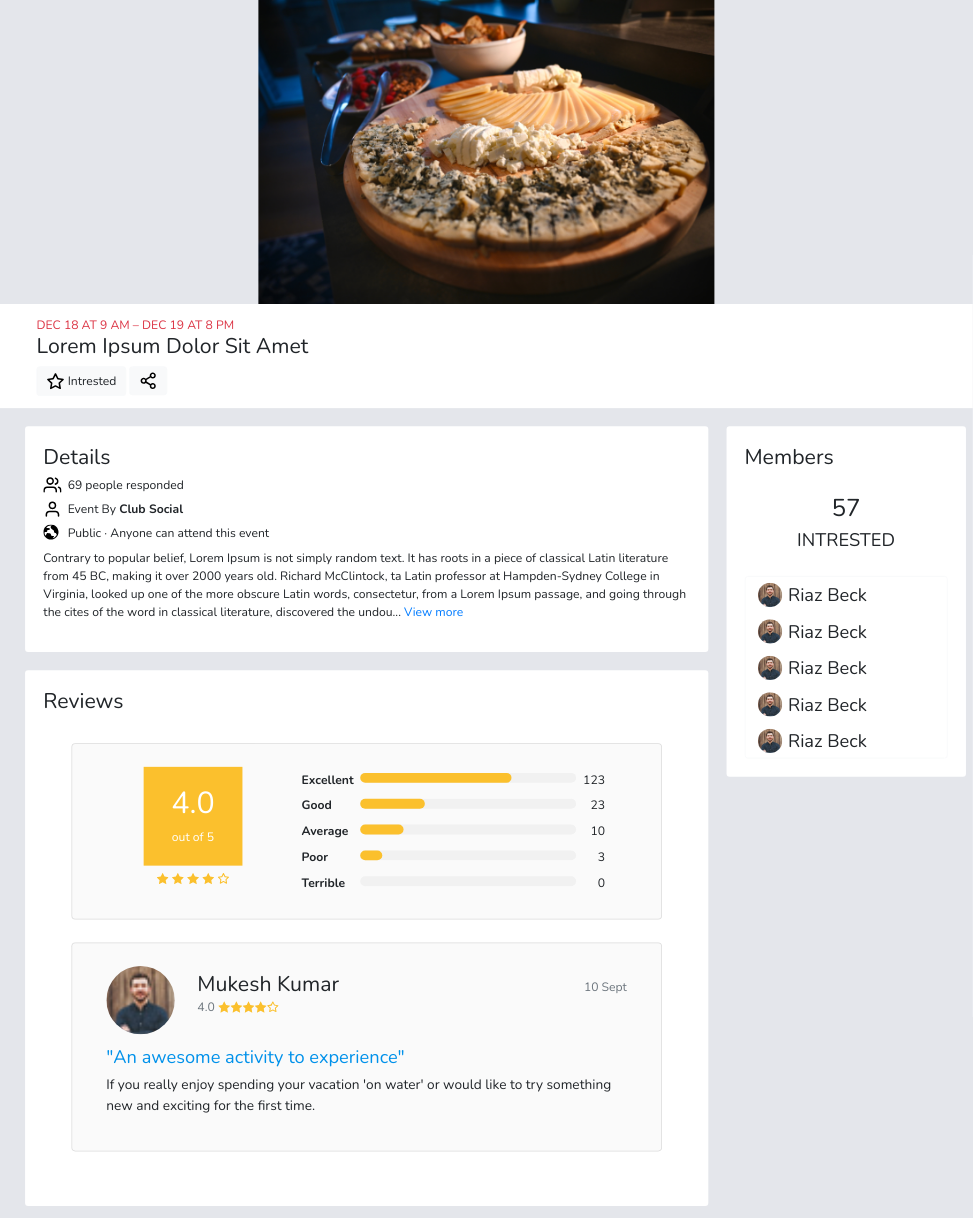
Repository: iamrachid/ensaevents
Page: club.html
An editor plug-in stored every save of this project. The page is shown before and after the next save, followed by the edit.
The browser window is 1280 px wide. The pictures show the whole page, at 76% of full size.

Above is the page before, as saved 2021-11-25 19:18:45.

### club.html
<html>

<head>
    <meta charset="UTF-8">
    <meta http-equiv="X-UA-Compatible" content="IE=edge">
    <meta name="viewport" content="width=device-width, initial-scale=1.0">
    <title>Document</title>
    <link rel="stylesheet" href="css/bootstrap.css">
    <link rel="stylesheet" href="css/style.css">
    <!-- Link Swiper's CSS -->
    <link rel="stylesheet" href="https://unpkg.com/swiper/swiper-bundle.min.css" />

    <link rel="preconnect" href="https://fonts.googleapis.com">
    <link rel="preconnect" href="https://fonts.gstatic.com" crossorigin>
    <link
        href="https://fonts.googleapis.com/css2?family=Nunito:ital,wght@0,200;0,300;0,400;0,600;0,700;0,800;0,900;1,200;1,300;1,400;1,600;1,700;1,800;1,900&display=swap"
        rel="stylesheet">
</head>

<body class="w-100">
    <div class="text-center bg-main d-flex justify-content-center">
        <img src="assets/img/card-1.jpg" class="cover-img">
    </div>
    <div class="py-3 px-md-5 px-3">
        <div class="row">
            <div class="col-md-10 col-md-12">
                <span class="text-uppercase text-danger">DEC 18 AT 9 AM – DEC 19 AT 8 PM</span>
                <h3>Lorem Ipsum Dolor Sit Amet</h3>
            </div>
            <div class="col-md-2 col-sm-12">
                <button class="btn btn-light ">
                    <svg class="btn-icon">
                        <use xlink:href="assets/img/icons.svg#icon-star"></use>
                    </svg>
                    Intrested</button>
                <button class="btn btn-light">
                    <svg class="btn-icon">
                        <use xlink:href="assets/img/icons.svg#icon-share-2"></use>
                    </svg>
                </button>
            </div>
        </div>
    </div>

    <div class="px-md-4 p-0 pb-3 bg-main">
        <div class="row">
            <div class="col-md-8 col-lg-9 col-12 px-4 px-md-3 px-lg-4">
                <div class="bg-white mt-4 p-4 rounded">
                    <h3>Details</h3>
                    <div class="d-flex">
                        <svg class="detail-icon mr-2 mb-2">
                            <use xlink:href="assets/img/icons.svg#icon-users"></use>
                        </svg>
                        <span>69 people responded</span>
                    </div>
                    <div class="d-flex">
                        <svg class="detail-icon mr-2  mb-2">
                            <use xlink:href="assets/img/icons.svg#icon-user"></use>
                        </svg>
                        <span>Event By <strong>Club Social</strong></span>
                    </div>
                    <div class="d-flex">
                        <svg class="detail-icon mr-2 mb-2">
                            <use xlink:href="assets/img/icons.svg#icon-public"></use>
                        </svg>
                        <span>Public · Anyone can attend this event</span>
                    </div>
                    <p>
                        <span>
                            Contrary to popular belief, Lorem Ipsum is not simply random text. It has roots in a piece
                            of
                            classical
                            Latin literature from 45 BC, making it over 2000 years old. Richard McClintock, ta Latin
                            professor
                            at
                            Hampden-Sydney College in Virginia, looked up one of the more obscure Latin words,
                            consectetur,
                            from
                            a
                            Lorem Ipsum passage, and going through the cites of the word in classical literature,
                            discovered
                            the
                            undou</span><span class="collapse  multi-collapse show fast" id="dots">...</span>
                        <span class="collapse  multi-collapse fast" id="more-text">btable source. Lorem Ipsum comes from
                            sections
                            1.10.32 and 1.10.33 of "de Finibus Bonorum et
                            Malorum" (The Extremes of Good and Evil) by Cicero, written in 45 BC. This book is a
                            treatise on
                            the
                            theory of ethics, very popular during the Renaissance. The first line of Lorem Ipsum, "Lorem
                            ipsum
                            dolor
                            sit amet..", comes from a line in section 1.10.32.
                        </span>

                        <a class="collapse  multi-collapse fast" type="button" id="less" data-toggle="collapse"
                            data-target=".multi-collapse" aria-expanded="false"
                            aria-controls="dots more less more-text">View less</a>
                        <a class="collapse show  multi-collapse fast" type="button" id="more" data-toggle="collapse"
                            data-target=".multi-collapse" aria-expanded="false"
                            aria-controls="dots more less more-text">View more</a>
                    </p>
                </div>
                <div class="bg-white mt-4 p-4 rounded">
                    <h3>Reviews</h3>


                    <div class="row justify-content-center">
                        <div class=" col-12 col-md-11 text-center mb-5">
                            <div class="card review-card">
                                <div class="row justify-content-start d-flex">
                                    <div class="col-md-4 d-flex flex-column">
                                        <div class="rating-box">
                                            <h1 class="pt-4">4.0</h1>
                                            <p class="">out of 5</p>
                                        </div>
                                        <div class="mt-1">
                                            <svg class="rating-icon">
                                                <use xlink:href="assets/img/icons.svg#icon-star-full"></use>
                                            </svg>
                                            <svg class="rating-icon">
                                                <use xlink:href="assets/img/icons.svg#icon-star-full"></use>
                                            </svg>
                                            <svg class="rating-icon">
                                                <use xlink:href="assets/img/icons.svg#icon-star-full"></use>
                                            </svg>
                                            <svg class="rating-icon">
                                                <use xlink:href="assets/img/icons.svg#icon-star-full"></use>
                                            </svg>
                                            <svg class="rating-icon">
                                                <use xlink:href="assets/img/icons.svg#icon-star"></use>
                                            </svg>
                                        </div>
                                    </div>
                                    <div class="col-md-8">
                                        <div class="rating-bar0 justify-content-center">
                                            <table class="text-left mx-auto">
                                                <tr>
                                                    <td class="rating-label">Excellent</td>
                                                    <td class="rating-bar">
                                                        <div class="bar-container">
                                                            <div class="bar-5"></div>
                                                        </div>
                                                    </td>
                                                    <td class="text-right">123</td>
                                                </tr>
                                                <tr>
                                                    <td class="rating-label">Good</td>
                                                    <td class="rating-bar">
                                                        <div class="bar-container">
                                                            <div class="bar-4"></div>
                                                        </div>
                                                    </td>
                                                    <td class="text-right">23</td>
                                                </tr>
                                                <tr>
                                                    <td class="rating-label">Average</td>
                                                    <td class="rating-bar">
                                                        <div class="bar-container">
                                                            <div class="bar-3"></div>
                                                        </div>
                                                    </td>
                                                    <td class="text-right">10</td>
                                                </tr>
                                                <tr>
                                                    <td class="rating-label">Poor</td>
                                                    <td class="rating-bar">
                                                        <div class="bar-container">
                                                            <div class="bar-2"></div>
                                                        </div>
                                                    </td>
                                                    <td class="text-right">3</td>
                                                </tr>
                                                <tr>
                                                    <td class="rating-label">Terrible</td>
                                                    <td class="rating-bar">
                                                        <div class="bar-container">
                                                            <div class="bar-1"></div>
                                                        </div>
                                                    </td>
                                                    <td class="text-right">0</td>
                                                </tr>
                                            </table>
                                        </div>
                                    </div>
                                </div>
                            </div>
                            <div class="card review-card">
                                <div class="row d-flex">
                                    <div class=""> <img class="profile-pic" src="assets/img/user.png"> </div>
                                    <div class="d-flex flex-column">
                                        <h3 class="mt-2 mb-0">Mukesh Kumar</h3>
                                        <div>
                                            <p class="text-left d-flex align-items-center"><span
                                                    class="text-muted mr-1">4.0</span>
                                                <svg class="rating-icon">
                                                    <use xlink:href="assets/img/icons.svg#icon-star-full"></use>
                                                </svg>
                                                <svg class="rating-icon">
                                                    <use xlink:href="assets/img/icons.svg#icon-star-full"></use>
                                                </svg>
                                                <svg class="rating-icon">
                                                    <use xlink:href="assets/img/icons.svg#icon-star-full"></use>
                                                </svg>
                                                <svg class="rating-icon">
                                                    <use xlink:href="assets/img/icons.svg#icon-star-full"></use>
                                                </svg>
                                                <svg class="rating-icon">
                                                    <use xlink:href="assets/img/icons.svg#icon-star"></use>
                                                </svg>
                                            </p>
                                        </div>
                                    </div>
                                    <div class="ml-auto">
                                        <p class="text-muted pt-5 pt-sm-3">10 Sept</p>
                                    </div>
                                </div>
                                <div class="row text-left">
                                    <h4 class="blue-text mt-3">"An awesome activity to experience"</h4>
                                    <p class="content">If you really enjoy spending your vacation 'on water' or would
                                        like
                                        to try something new and exciting for the first time.</p>
                                </div>
                            </div>
                        </div>
                    </div>



                </div>
            </div>
            <div class=" px-4 px-md-0 py-4 col-md-4 col-lg-3  col-sm-12 ">
                <div class="bg-white  p-4 rounded">
                    <h3>Members</h3>
                    <div class="d-flex  justify-content-center py-4">
                        <div class="d-flex flex-column align-items-center">
                            <h2 cla>57</h2>
                            <h4 class="text-uppercase">Intrested</h4>
                        </div>

                    </div>
                    <div class="overflow-auto border-light border rounded users px-2">
                        <div class="user d-flex align-items-center">
                            <img class="user-img m-2" src="assets/img/user.png" />
                            <span class="user-name">Riaz Beck</span>
                        </div>
                        <div class="user d-flex align-items-center">
                            <img class="user-img m-2" src="assets/img/user.png" />
                            <span class="user-name">Riaz Beck</span>
                        </div>
                        <div class="user d-flex align-items-center">
                            <img class="user-img m-2" src="assets/img/user.png" />
                            <span class="user-name">Riaz Beck</span>
                        </div>
                        <div class="user d-flex align-items-center">
                            <img class="user-img m-2" src="assets/img/user.png" />
                            <span class="user-name">Riaz Beck</span>
                        </div>
                        <div class="user d-flex align-items-center">
                            <img class="user-img m-2" src="assets/img/user.png" />
                            <span class="user-name">Riaz Beck</span>
                        </div>
                        <div class="user d-flex align-items-center">
                            <img class="user-img m-2" src="assets/img/user.png" />
                            <span class="user-name">Riaz Beck</span>
                        </div>
                        <div class="user d-flex align-items-center">
                            <img class="user-img m-2" src="assets/img/user.png" />
                            <span class="user-name">Riaz Beck</span>
                        </div>
                        <div class="user d-flex align-items-center">
                            <img class="user-img m-2" src="assets/img/user.png" />
                            <span class="user-name">Riaz Beck</span>
                        </div>
                        <div class="user d-flex align-items-center">
                            <img class="user-img m-2" src="assets/img/user.png" />
                            <span class="user-name">Riaz Beck</span>
                        </div>
                        <div class="user d-flex align-items-center">
                            <img class="user-img m-2" src="assets/img/user.png" />
                            <span class="user-name">Riaz Beck</span>
                        </div>
                    </div>
                </div>
            </div>
        </div>
        <script src="js/jquery-3.6.0.js">
        </script>
        <!-- Bootstrap -->
        <script src="js/bootstrap.js"></script>
        <!-- Swiper JS -->
        <script src="js/swiper-bundle.min.js"></script>

        <!-- Main script -->
        <script src="js/script.js"></script>

</body>

</html>

### css/style.css
@font-face {
    font-family: Forever;
    src: url(../font/Foreverbrushscript-GwZy.otf);
  }

html, body{
    font-family: "Nunito";
    font-weight: 400;
    width: 100%;
}
.hero {
    background: linear-gradient(45deg, rgba(173,225,255,1) 0%, rgba(186,175,255,1) 40%, rgba(175,255,182,1) 74%, rgba(175,255,182,1) 100%);
}
.btn-header {
    font-size: 1rem;
}

.heading-title {
    font-size: 5rem;
    font-weight: 800;
}
@media only screen and (max-width: 768px) {
    .heading-title {
        font-size: 4rem;
    }

    .padding-smallSize {
        padding: .5rem;
    }
}

.heading-title_white {
    color: #fafafa;
}
.heading-subtitle {
    color: #fafafa;
    letter-spacing: .2cm;
}
.search-bar {
    padding: .51rem 0.5rem;
    background-color: white;
    left: 50%;
    transform: translate(-50%,-50%);
    border-radius: 30px;
}

.search-btn {
    background-color: #b2d0ff;
    color: #fafafa;
    font-weight: 600;
}

.card-img-box {
    height: 12rem;
    overflow: hidden;
    display: flex;
    justify-content: center;
    align-items: center;
}

.forever {
    font-family: Forever;
    font-size:2rem
}

.bg-color-blue {
    background-color:#b2d0ff;
}

.gradient {
    background:linear-gradient(to right,rgba(149, 133, 255,1) 0%, rgba(186,175,255,1)  100%);
}

.menu-icon {
    width: 1.2rem;
    height: 1.2rem;
    fill: #fff;
}

.menu-active {
    border-left: 5px solid #fff;
}

.side-nav-link, .side-nav-link:hover {
    color: #fff;
}

.side-nav-item.active:hover {
    padding-right:5px;
}

.side-nav-item {
    transition: all  0.3s;
}

.side-nav-item:hover, .side-nav-item.active {
    border-left: 5px solid #fff;
    transition: all 0.3s;
}

.btn-purple {
    color: #fff;
    background-color: rgba(149, 133, 255,1);
    border-color: rgba(149, 133, 255,1);
}

.btn-purple:hover {
    color: #fff;
    background-color: rgba(186,175,255,1);
    border-color: rgba(186,175,255,1);
}

.detail-icon {
    height: 1.5rem;
    width: 1.5rem;
}

.users {
    height: 15rem;
}

.user-name {
    font-size:1.5rem;
}

.user-img {
    height: 2rem;
    width: 2rem;
    border-radius:50%;
}

.btn-icon {
    height: 1.5rem;
    width: 1.5rem;
}

.fast {
    transition: all 0s;
}

.bg-main {
    background-color: #e4e6eb !important;
}

.cover-img {
    width: 100%;
    max-width: 600px;
}

/* Reviews */

.rating-icon {
    fill: #FBC02D;
    height: 1rem;
    width: 1rem;
}

.review-card {
    border-radius: 5px;
    background-color: #fff;
    background-color: #fafafa;
    padding-left: 60px;
    padding-right: 60px;
    margin-top: 30px;
    padding-top: 30px;
    padding-bottom: 30px
}

.rating-box {
    width: 130px;
    height: 130px;
    margin-right: auto;
    margin-left: auto;
    background-color: #FBC02D;
    color: #fff
}

.rating-label {
    font-weight: bold
}

.rating-bar {
    width: 300px;
    padding: 8px;
    border-radius: 5px
}

.bar-container {
    width: 100%;
    background-color: #f1f1f1;
    text-align: center;
    color: white;
    border-radius: 20px;
    cursor: pointer;
    margin-bottom: 5px
}

.bar-5 {
    width: 70%;
    height: 13px;
    background-color: #FBC02D;
    border-radius: 20px
}

.bar-4 {
    width: 30%;
    height: 13px;
    background-color: #FBC02D;
    border-radius: 20px
}

.bar-3 {
    width: 20%;
    height: 13px;
    background-color: #FBC02D;
    border-radius: 20px
}

.bar-2 {
    width: 10%;
    height: 13px;
    background-color: #FBC02D;
    border-radius: 20px
}

.bar-1 {
    width: 0%;
    height: 13px;
    background-color: #FBC02D;
    border-radius: 20px
}


.star-active {
    color: #FBC02D;
    margin-top: 10px;
    margin-bottom: 10px
}

.star-active:hover {
    color: #F9A825;
    cursor: pointer
}

.star-inactive {
    color: #CFD8DC;
    margin-top: 10px;
    margin-bottom: 10px
}

.blue-text {
    color: #0091EA
}

.content {
    font-size: 18px
}

.profile-pic {
    width: 90px;
    height: 90px;
    border-radius: 100%;
    margin-right: 30px
}

.pic {
    width: 80px;
    height: 80px;
    margin-right: 10px
}

### js/script.js
var swiper = new Swiper(".events", {
    pagination: {
      el: ".swiper-pagination",
      clickable: true,
    }
    ,
    breakpoints: {
      640: {
        slidesPerView: 1,
        spaceBetween: 20,
      },
      768: {
        slidesPerView: 2,
        spaceBetween: 40,
      },
      1024: {
        slidesPerView: 3,
        spaceBetween: 50,
      },
    },

  })

  var swiper = new Swiper(".clubs", {
    spaceBetween: 10,
    autoplay: {
      delay: 3000,
      // TODO: this should be false
      disableOnInteraction: false,
    },
    pagination: {
      el: ".swiper-pagination",
      clickable: true,
    },
    navigation: {
      nextEl: ".swiper-button-next",
      prevEl: ".swiper-button-prev",
    },
    breakpoints: {
      640: {
        slidesPerView: 2,
        spaceBetween: 20,
      },
      768: {
        slidesPerView: 3,
        spaceBetween: 40,
      },
      1024: {
        slidesPerView: 5,
        spaceBetween: 50,
      },
    }
  });;

Loaded but not shown: css/bootstrap.css (library); js/jquery-3.6.0.js (library); js/bootstrap.js (library); js/swiper-bundle.min.js (library)

After the next save:
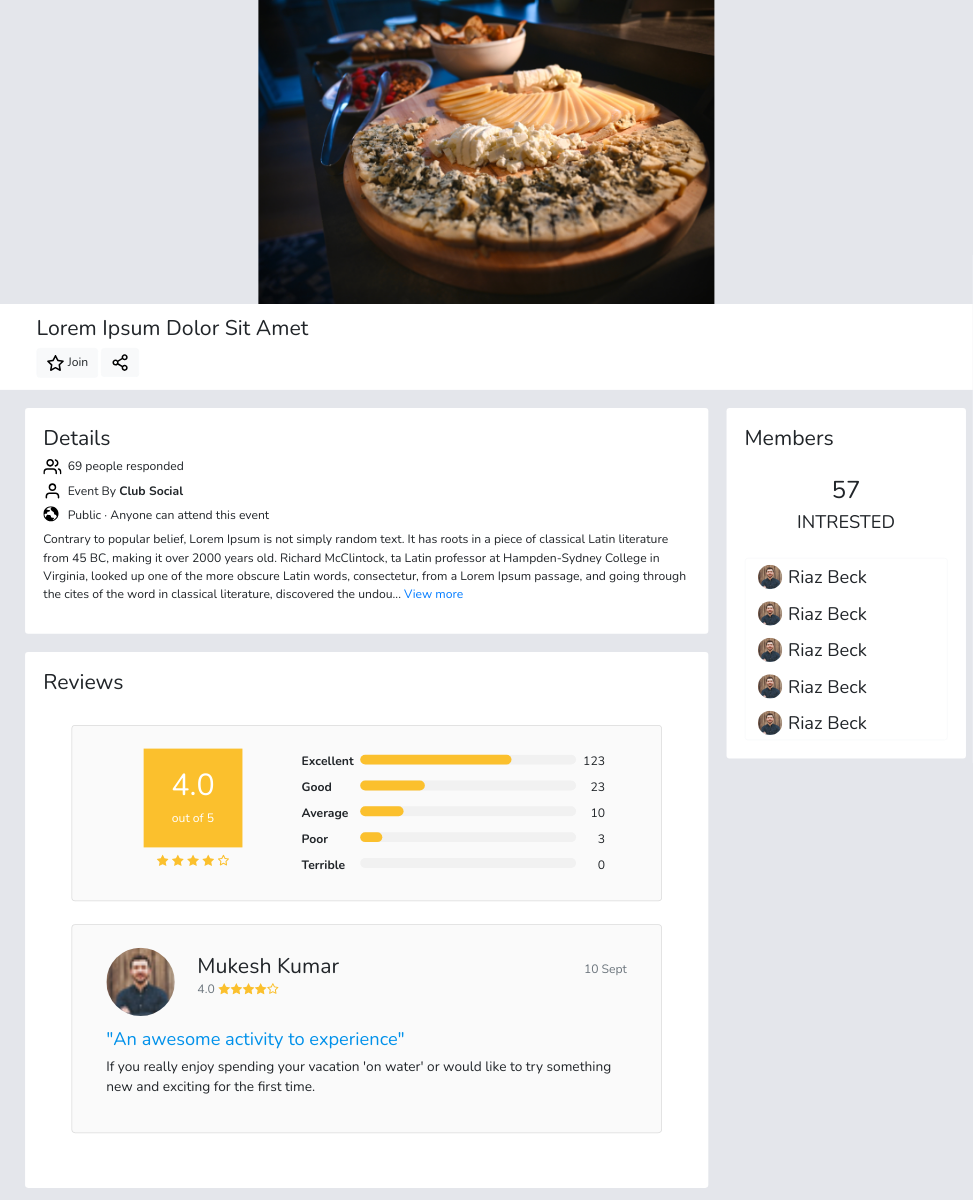
Saved 2 min 5 s later.
--- a/club.html
+++ b/club.html
@@ -24,7 +24,6 @@
     <div class="py-3 px-md-5 px-3">
         <div class="row">
             <div class="col-md-10 col-md-12">
-                <span class="text-uppercase text-danger">DEC 18 AT 9 AM – DEC 19 AT 8 PM</span>
                 <h3>Lorem Ipsum Dolor Sit Amet</h3>
             </div>
             <div class="col-md-2 col-sm-12">
@@ -32,7 +31,7 @@
                     <svg class="btn-icon">
                         <use xlink:href="assets/img/icons.svg#icon-star"></use>
                     </svg>
-                    Intrested</button>
+                    Join</button>
                 <button class="btn btn-light">
                     <svg class="btn-icon">
                         <use xlink:href="assets/img/icons.svg#icon-share-2"></use>
